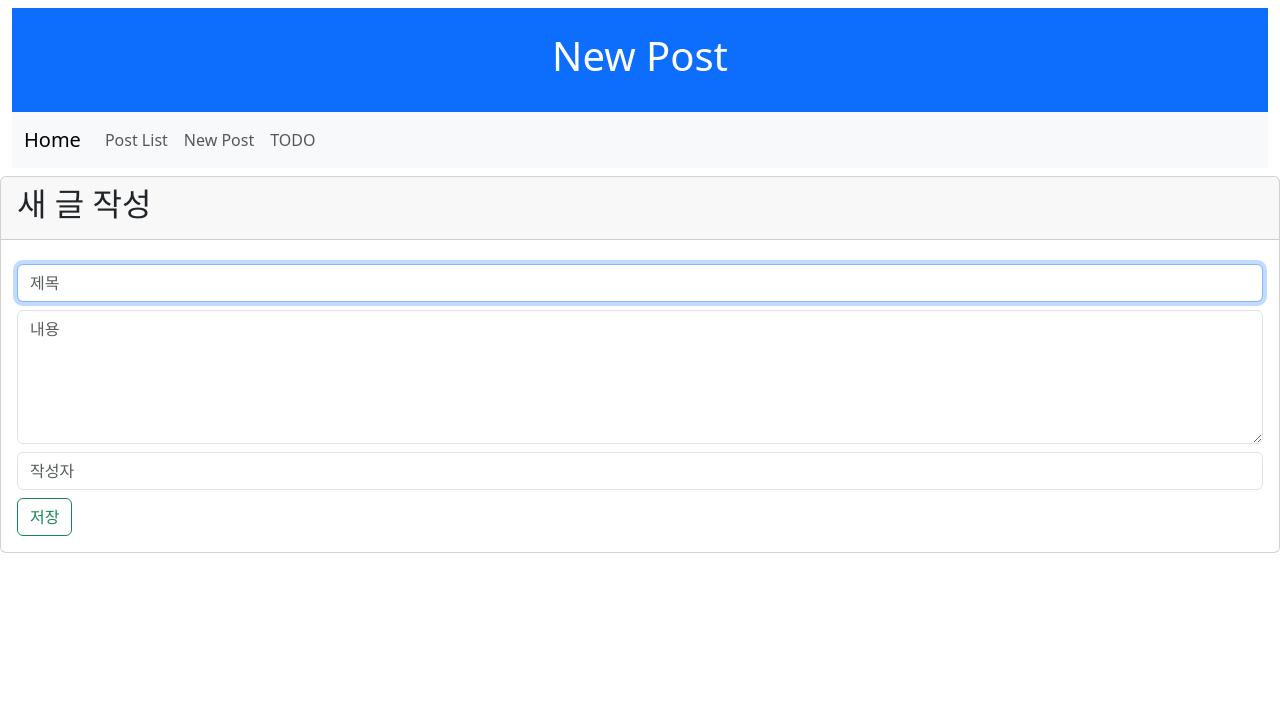
Repository: ldj0905/javaproject
Page: http://localhost/lab05_jsp/post/create
The author's editor kept a copy of each file at every save. The page is drawn from the files as they stood at one save, then again after a run of saves.
The browser window is 1280 px wide. The pictures show the whole page.
The page is served by Tomcat 10.

Above is the page before, as saved 2024-05-29 07:14:56.

After the next 2 saves:
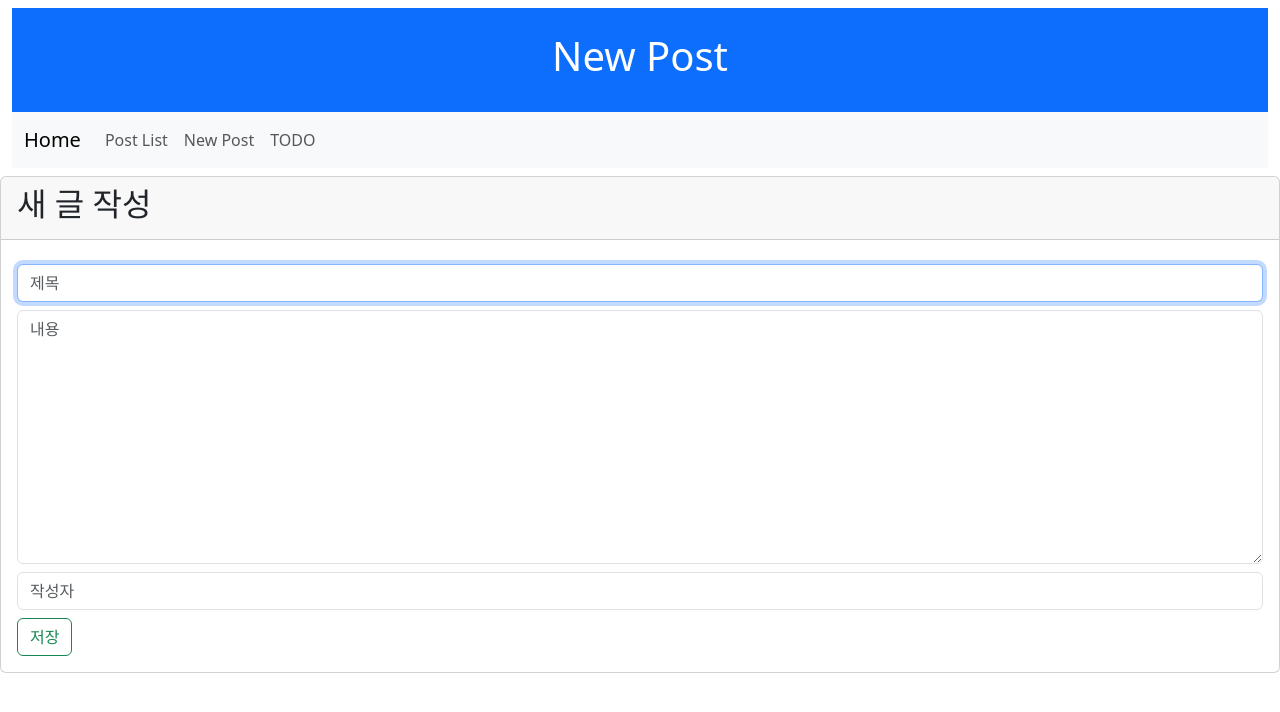
The 2 saves are shown as one change because they came seconds apart.
The last was saved 7 s later.
--- a/lab05_jsp/src/main/webapp/WEB-INF/views/post/create.jsp
+++ b/lab05_jsp/src/main/webapp/WEB-INF/views/post/create.jsp
@@ -31,7 +31,7 @@
                             required autofocus /> <!--autofocus가 뭐하는거임 -->
                     </div>
                     <div class = "mt-2">
-                        <textarea class="form-control"  rows="5" columns="40"  name="content"placeholder="내용" required></textarea> <!-- 얘가 글상자 -->
+                        <textarea class="form-control"  rows="10" columns="20"  name="content"placeholder="내용" required></textarea> <!-- 얘가 글상자 -->
                     </div>
                     <div class = "mt-2">
                         <input class="form-control"  type="text" name="author" placeholder="작성자" required/>
